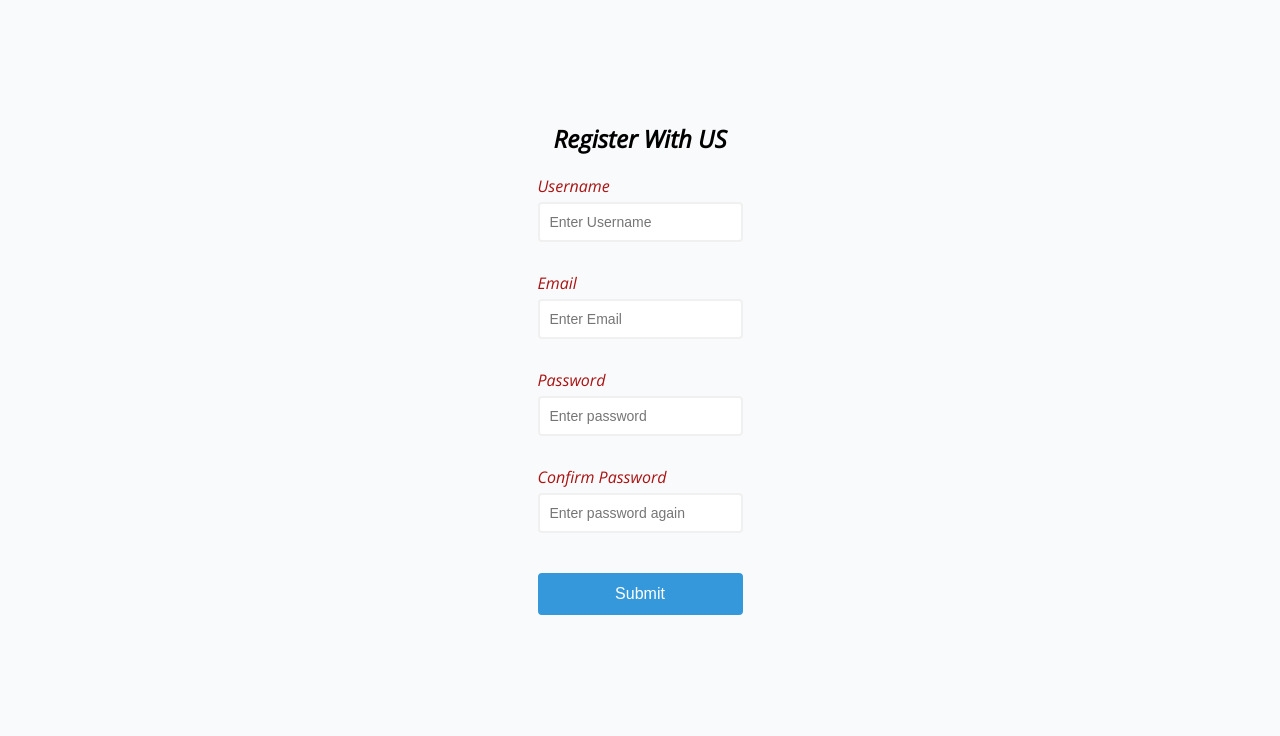
Repository: Izaya171/programming
Page: musicPlayer/index.html
The author's editor kept a copy of each file at every save. The page is drawn from the files as they stood at one save, then again after the next save.
The browser window is 1280 px wide. The pictures show the whole page.

Above is the page before, as saved 2021-09-18 12:31:24.

### musicPlayer/index.html
<!DOCTYPE html>
<html lang="en">

<head>
    <meta charset="UTF-8">
    <meta http-equiv="X-UA-Compatible" content="IE=edge">
    <meta name="viewport" content="width=device-width, initial-scale=1.0">
    <link rel="stylesheet" href="styles.css" class="rel style">
    <title>Form Validator</title>
</head>

<body>
    <div class="container">
        <form id="form" class="form">
            <h2>Register With US</h2>
            <div class="form-control">
                <label for="username">Username</label>
                <input type="text" id="username" placeholder="Enter Username">
                <small>Error Message</small>
            </div>
            <div class="form-control">
                <label for="email">Email</label>
                <input type="text" id="email" placeholder="Enter Email">
                <small>Error Message</small>
            </div>
            <div class="form-control">
                <label for="password">Password</label>
                <input type="password" id="password" placeholder="Enter password">
                <small>Error Message</small>
            </div>
            <div class="form-control">
                <label for="password2">Confirm Password</label>
                <input type="password" id="password2" placeholder="Enter password again">
                <small>Error Message</small>
            </div>
            <button>Submit</button>
        </form>

    </div>

    <script src="script.js"></script>
</body>

</html>

### musicPlayer/styles.css
@import url('https://fonts.googleapis.com/css2?family=Open+Sans:ital,wght@1,300&display=swap');
:root {
    --success-color: #2ecc71;
    --error-color: #e74c3c;
}

* {
    box-sizing: border-box;
}

body {
    background-color: #f9fafb;
    font-family: 'Open Sans', sans-serif;
    display: flex;
    align-items: center;
    justify-content: center;
    min-height: 100vh;
}

container {
    background-color: #fff;
    border-radius: 5px;
    box-shadow: 0 2px 10px rgb(0, 0, 0, 0.3);
    width: 400px;
}

h2 {
    text-align: center;
    margin: 0 0 20px;
}

.form {
    padding: 30px 40px;
}

.form-control {
    margin-bottom: 10px;
    padding-bottom: 20px;
    position: relative;
}

.form-control label {
    color: rgb(170, 19, 19);
    display: block;
    margin-bottom: 5px;
}

.form-control input {
    border: 2px solid #f0f0f0;
    border-radius: 4px;
    display: block;
    width: 100%;
    padding: 10px;
    font-size: 14px;
}

.form-control input:focus {
    outline: 0;
    border-color: #777
}

.form-control.success input {
    border-color: var(--success-color);
}

.form-control.error input {
    border-color: var(--error-color);
}

.form-control small {
    color: var(--error-color);
    position: absolute;
    bottom: 0;
    left: 0;
    visibility: hidden;
}

.form-control.error small {
    visibility: visible;
}

.form button {
    cursor: pointer;
    background-color: #3498db;
    border: 2px solid #3498db;
    border-radius: 4px;
    color: #fff;
    display: block;
    font-size: 16px;
    padding: 10px;
    margin-top: 20px;
    width: 100%;
}

Loaded but not shown: musicPlayer/script.js (no stored copy; drawn as an empty file)

After the next save:
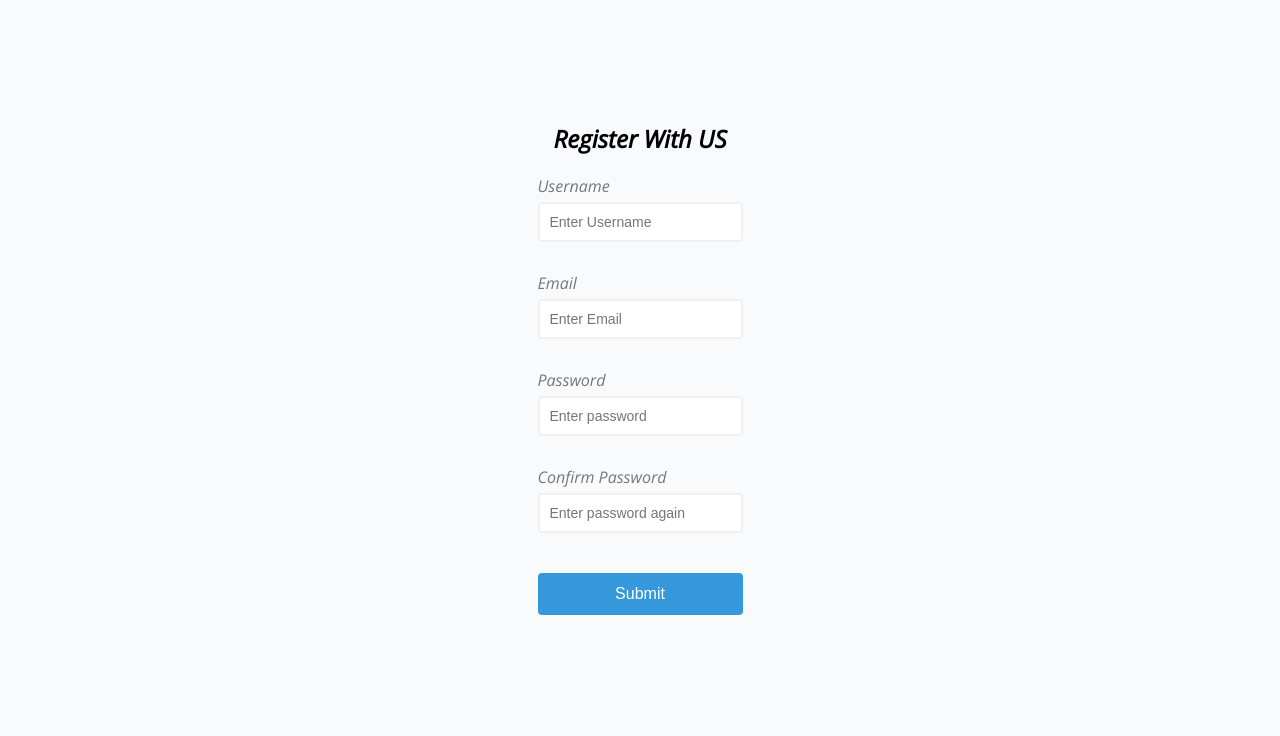
Saved 26 s later.
--- a/musicPlayer/styles.css
+++ b/musicPlayer/styles.css
@@ -34,13 +34,14 @@ h2 {
 }
 
 .form-control {
+    color: red;
     margin-bottom: 10px;
     padding-bottom: 20px;
     position: relative;
 }
 
 .form-control label {
-    color: rgb(170, 19, 19);
+    color: #777;
     display: block;
     margin-bottom: 5px;
 }
